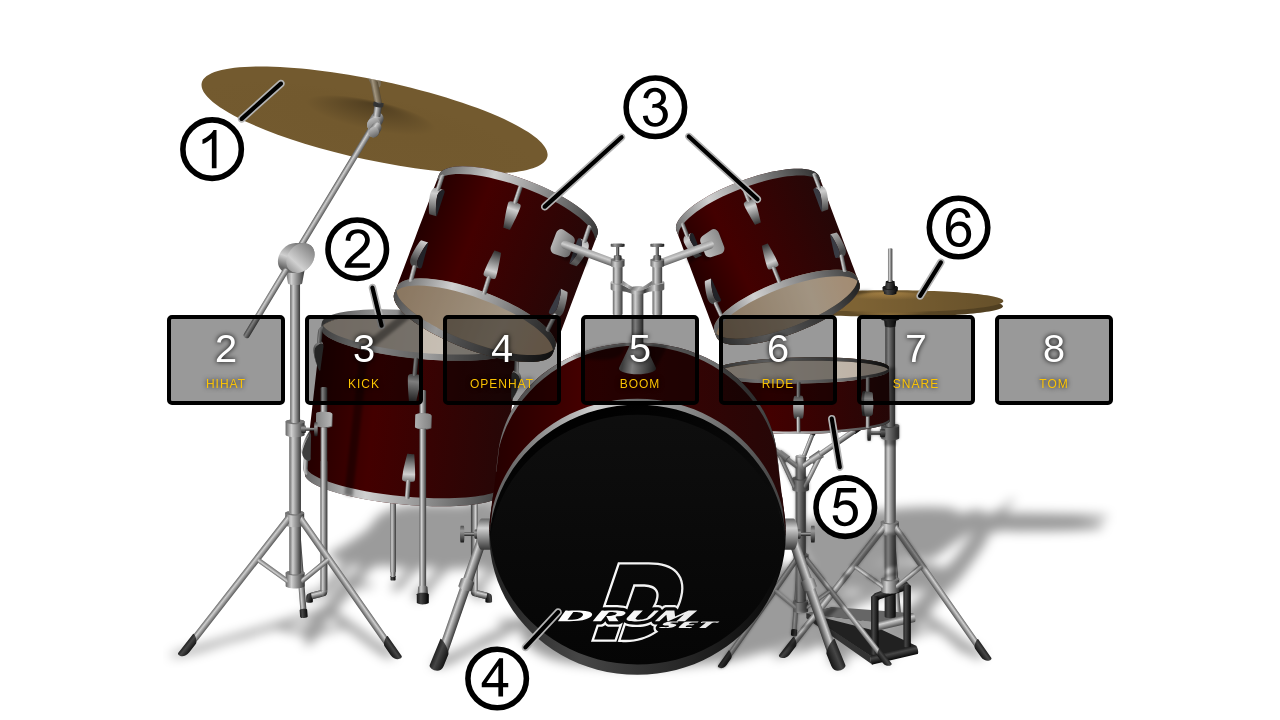
Repository: polishchuk404/drum-kit
Page: index.html
These files come from the project's save history. The page is drawn as it stood at one moment and after the next save; the edit follows.
The browser window is 1280 px wide. The pictures show the whole page.

Above is the page before, as saved 2020-10-12 13:48:50.

### index.html
<!DOCTYPE html>
<html lang="en">
<head>
  <meta charset="UTF-8">
  <title>drum-kit</title>
  <link rel="stylesheet" href="./style/style.css">
  <link rel="icon" type="image/x-icon" href="favicon.ico"></head>
<body>


  <div class="keys">
    <!-- <div data-key="97" class="key">
      <kbd>1</kbd>
      <span class="sound">clap</span>
    </div> -->
    <div data-key="98" class="key">
      <kbd>2</kbd>
      <span class="sound">hihat</span>
    </div>
    <div data-key="99" class="key">
      <kbd>3</kbd>
      <span class="sound">kick</span>
    </div>
    <div data-key="100" class="key">
      <kbd>4</kbd>
      <span class="sound">openhat</span>
    </div>
    <div data-key="101" class="key">
      <kbd>5</kbd>
      <span class="sound">boom</span>
    </div>
    <div data-key="102" class="key">
      <kbd>6</kbd>
      <span class="sound">ride</span>
    </div>
    <div data-key="103" class="key">
      <kbd>7</kbd>
      <span class="sound">snare</span>
    </div>
    <div data-key="104" class="key">
      <kbd>8</kbd>
      <span class="sound">tom</span>
    </div>
  </div>

  <!-- <audio data-key="97" src="./sounds/clap.wav"></audio> -->
  <audio data-key="98" src="./sounds/hihat.wav"></audio>
  <audio data-key="99" src="./sounds/kick.wav"></audio>
  <audio data-key="100" src="./sounds/openhat.wav"></audio>
  <audio data-key="101" src="./sounds/boom.wav"></audio>
  <audio data-key="102" src="./sounds/ride.wav"></audio>
  <audio data-key="103" src="./sounds/snare.wav"></audio>
  <audio data-key="104" src="./sounds/tom.wav"></audio>


  <script src="./js/main.js"></script>
</body>
</html>

### style/style.css
html {
  font-size: 10px;
  background: url('../drum_set.svg') center center no-repeat;
  background-size: contain;
}

body,html {
  margin: 0;
  padding: 0;
  font-family: sans-serif;
}

.keys {
  display: flex;
  flex: 1;
  min-height: 100vh;
  align-items: center;
  justify-content: center;
}

.key {
  border: .4rem solid black;
  border-radius: .5rem;
  margin: 1rem;
  font-size: 1.5rem;
  padding: 1rem .5rem;
  transition: all .07s ease;
  width: 10rem;
  text-align: center;
  color: white;
  background: rgba(0,0,0,0.4);
  text-shadow: 0 0 .5rem black;
}

.playing {
  transform: scale(1.1);
  border-color: #ffc600;
  box-shadow: 0 0 1rem #ffc600;
}

kbd {
  display: block;
  font-size: 4rem;
}

.sound {
  font-size: 1.2rem;
  text-transform: uppercase;
  letter-spacing: .1rem;
  color: #ffc600;
}

### js/main.js

  window.addEventListener('keyup', (e) => {
    const key = document.querySelector(`div[data-key="${e.keyCode}"]`);
    const sound = document.querySelector(`audio[data-key="${e.keyCode}"]`);
    if (!sound) return;
    sound.currentTime = 0;
    sound.play();
    key.classList.toggle('playing');
  });
  window.addEventListener('keydown', (e) => {
    const key = document.querySelector(`div[data-key="${e.keyCode}"]`);
    key.classList.toggle('playing')
  });

After the next save:
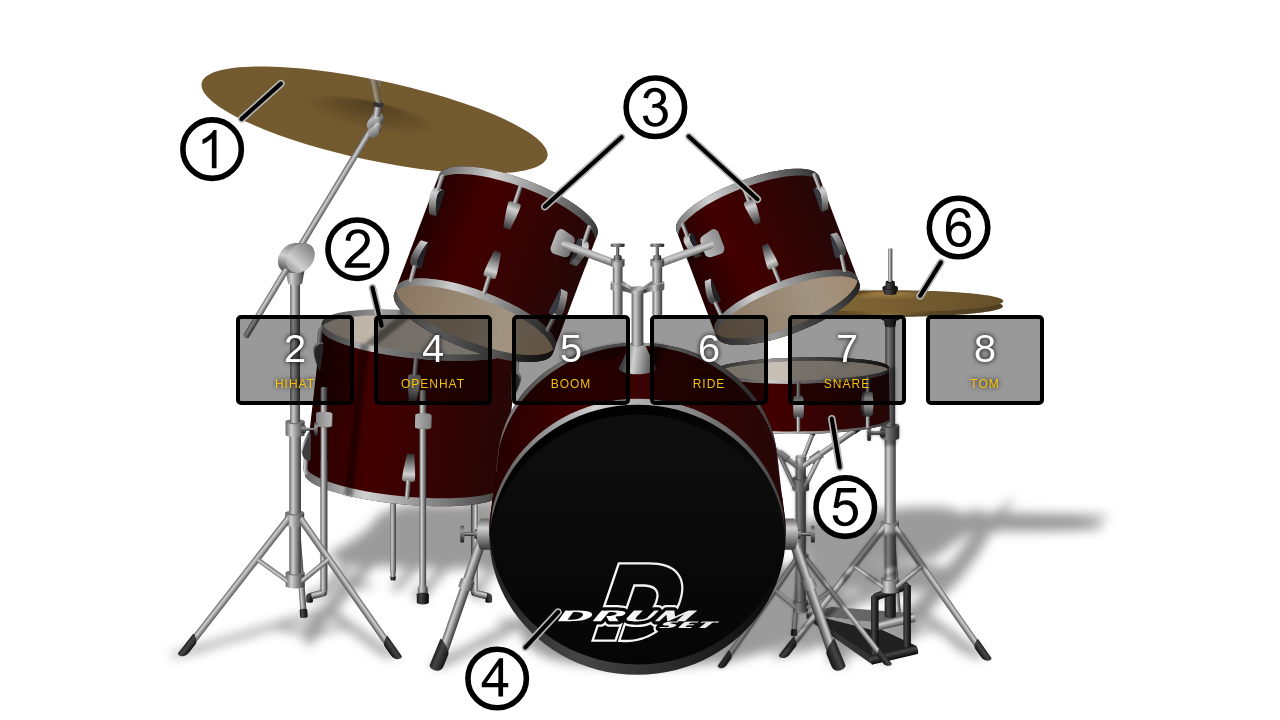
Saved 43 s later.
--- a/index.html
+++ b/index.html
@@ -16,10 +16,6 @@
     <div data-key="98" class="key">
       <kbd>2</kbd>
       <span class="sound">hihat</span>
-    </div>
-    <div data-key="99" class="key">
-      <kbd>3</kbd>
-      <span class="sound">kick</span>
     </div>
     <div data-key="100" class="key">
       <kbd>4</kbd>
@@ -45,7 +41,6 @@
 
   <!-- <audio data-key="97" src="./sounds/clap.wav"></audio> -->
   <audio data-key="98" src="./sounds/hihat.wav"></audio>
-  <audio data-key="99" src="./sounds/kick.wav"></audio>
   <audio data-key="100" src="./sounds/openhat.wav"></audio>
   <audio data-key="101" src="./sounds/boom.wav"></audio>
   <audio data-key="102" src="./sounds/ride.wav"></audio>
